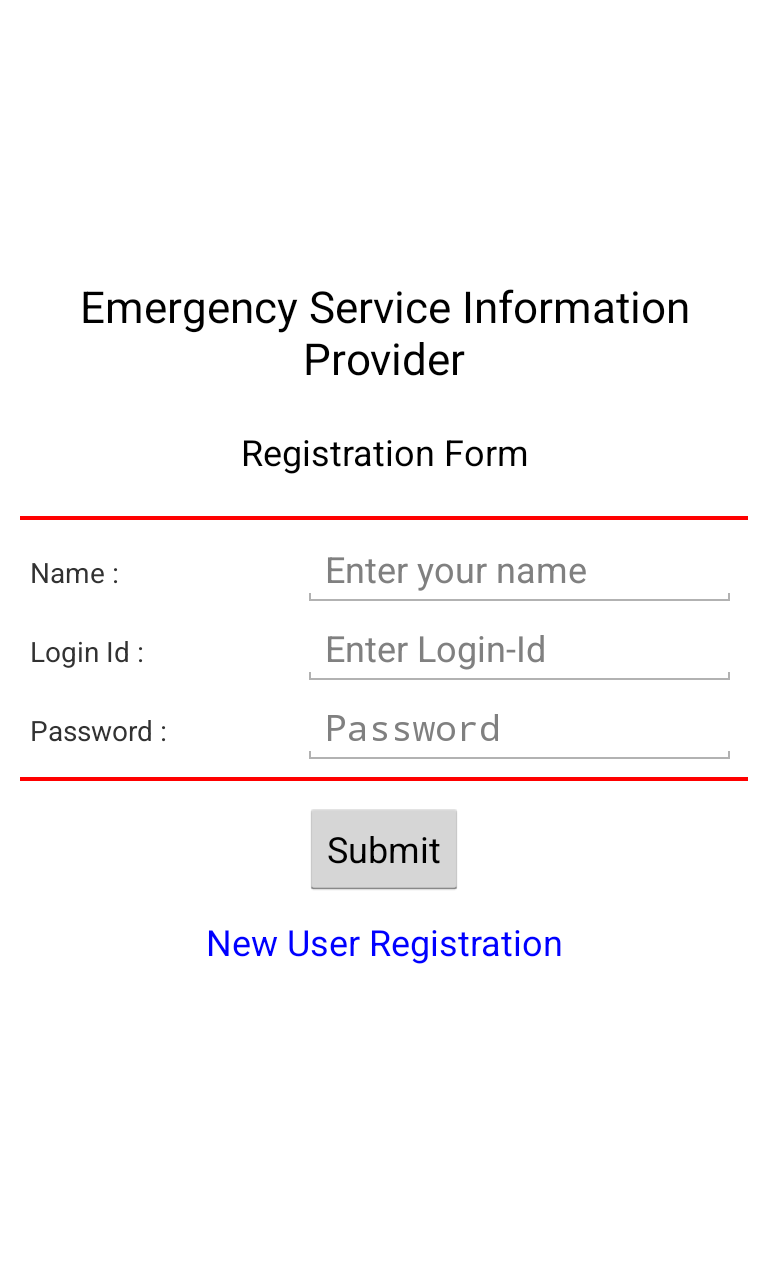
Repository: mansee8/Emergency-Service-Information-Provider
Layout: Emergency Service Information Provider/ESIP/ESIP/res/layout/user_registration.xml
These files come from the project's save history. The layout is drawn as it stood at one moment and after the next save; the edit follows.
It is drawn on a 768 x 1280 px phone screen (xhdpi) without system bars, with theme AppTheme; the app's code is not run.

Above is the layout before, as saved 2014-02-28 10:12:11.

### Emergency Service Information Provider/ESIP/ESIP/res/layout/user_registration.xml
<?xml version="1.0" encoding="utf-8"?>
<LinearLayout xmlns:android="http://schemas.android.com/apk/res/android"
    android:layout_width="fill_parent"
    android:layout_height="fill_parent"
    android:gravity="center_horizontal"
    android:orientation="vertical"
    android:padding="5dp" >

    <LinearLayout
        android:layout_width="fill_parent"
        android:layout_height="fill_parent"
        android:gravity="center"
        android:orientation="vertical"
        android:padding="5dp" >

        <TextView
            android:id="@+id/textView1"
            android:layout_width="fill_parent"
            android:layout_height="wrap_content"
            android:gravity="center"
            android:text="Emergency Service Information Provider"
            android:textAppearance="?android:attr/textAppearanceLarge" />

        <TextView
            android:layout_width="fill_parent"
            android:layout_height="wrap_content"
            android:layout_margin="20dp"
            android:gravity="center"
            android:text="Registration Form"
            android:textAppearance="?android:attr/textAppearanceMedium" />

        <View
            android:layout_width="fill_parent"
            android:layout_height="2dp"
            android:background="#ff0000" />

        <TableLayout
            android:layout_width="fill_parent"
            android:layout_height="wrap_content"
            android:padding="5dp"
            android:stretchColumns="*" >

            <TableRow>

                <TextView
                    android:layout_width="wrap_content"
                    android:layout_height="wrap_content"
                    android:text="Name : " />

                <EditText
                    android:id="@+id/mynameEditText"
                    android:layout_width="wrap_content"
                    android:layout_height="wrap_content"
                    android:hint="Enter your name" />
            </TableRow>

            <TableRow>

                <TextView
                    android:layout_width="wrap_content"
                    android:layout_height="wrap_content"
                    android:text="Login Id : " />

                <EditText
                    android:id="@+id/usernameEditText"
                    android:layout_width="wrap_content"
                    android:layout_height="wrap_content"
                    android:hint="Enter Login-Id" />
            </TableRow>

            <TableRow>

                <TextView
                    android:layout_width="wrap_content"
                    android:layout_height="wrap_content"
                    android:text="Password : " />

                <EditText
                    android:id="@+id/passwordEditText"
                    android:layout_width="wrap_content"
                    android:layout_height="wrap_content"
                    android:hint="Password"
                    android:inputType="textPassword" />
            </TableRow>
        </TableLayout>

        <View
            android:layout_width="fill_parent"
            android:layout_height="2dp"
            android:background="#ff0000" />

        <Button
            android:id="@+id/submitButton"
            android:layout_width="wrap_content"
            android:layout_height="wrap_content"
            android:layout_margin="10dp"
            android:text="Submit" />

        <TextView
            android:id="@+id/newUserView"
            android:layout_width="fill_parent"
            android:layout_height="wrap_content"
            android:gravity="center"
            android:text="New User Registration"
            android:textAppearance="?android:attr/textAppearanceMedium"
            android:textColor="#0000FF" />

        <TextView
            android:id="@+id/resultView"
            android:layout_width="wrap_content"
            android:layout_height="wrap_content" />
    </LinearLayout>

</LinearLayout>

Loaded but not shown: Emergency Service Information Provider/ESIP/ESIP/res/values/styles.xml (common file); Emergency Service Information Provider/ESIP/ESIP/res/values-v11/styles.xml (common file); Emergency Service Information Provider/ESIP/ESIP/res/values-v14/styles.xml (common file)

After the next save:
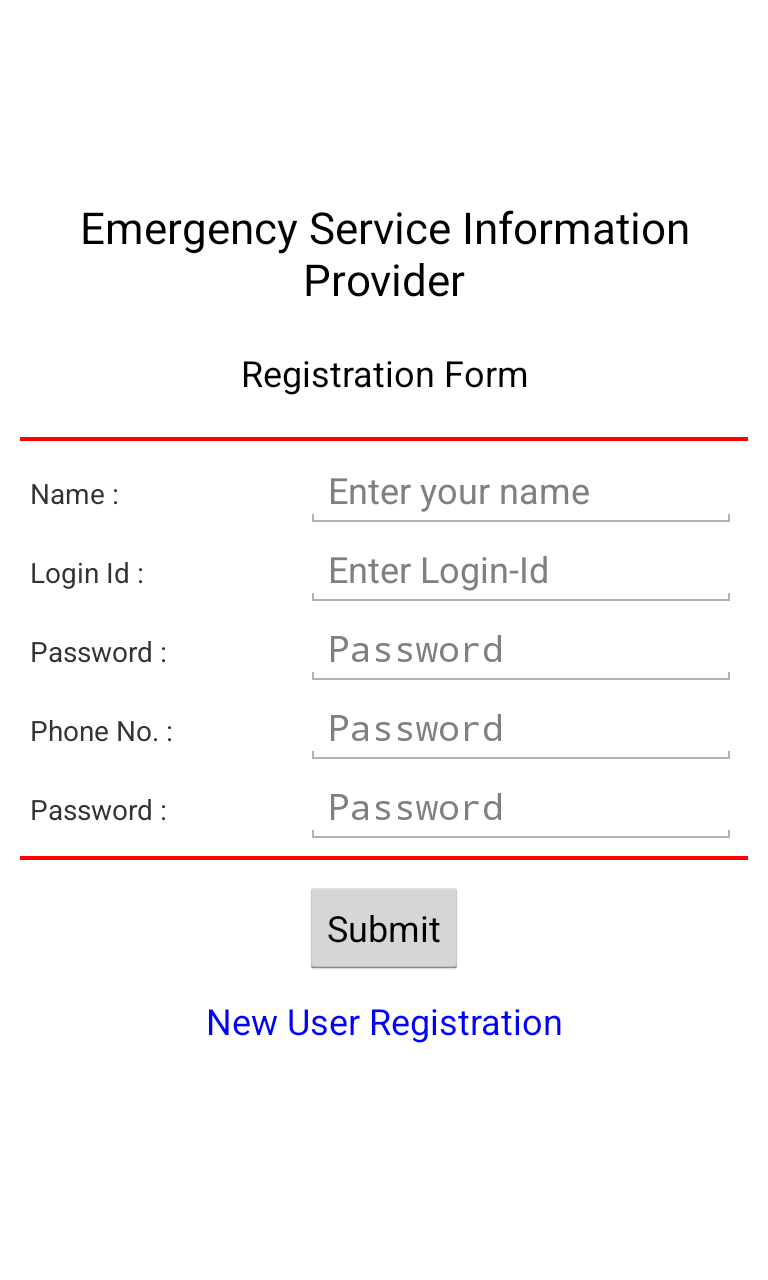
Saved 39 s later.
--- a/Emergency Service Information Provider/ESIP/ESIP/res/layout/user_registration.xml
+++ b/Emergency Service Information Provider/ESIP/ESIP/res/layout/user_registration.xml
@@ -82,6 +82,34 @@
                     android:hint="Password"
                     android:inputType="textPassword" />
             </TableRow>
+            <TableRow>
+
+                <TextView
+                    android:layout_width="wrap_content"
+                    android:layout_height="wrap_content"
+                    android:text="Phone No. : " />
+
+                <EditText
+                    android:id="@+id/passwordEditText"
+                    android:layout_width="wrap_content"
+                    android:layout_height="wrap_content"
+                    android:hint="Password"
+                    android:inputType="textPassword" />
+            </TableRow>
+            <TableRow>
+
+                <TextView
+                    android:layout_width="wrap_content"
+                    android:layout_height="wrap_content"
+                    android:text="Password : " />
+
+                <EditText
+                    android:id="@+id/passwordEditText"
+                    android:layout_width="wrap_content"
+                    android:layout_height="wrap_content"
+                    android:hint="Password"
+                    android:inputType="textPassword" />
+            </TableRow>
         </TableLayout>
 
         <View
